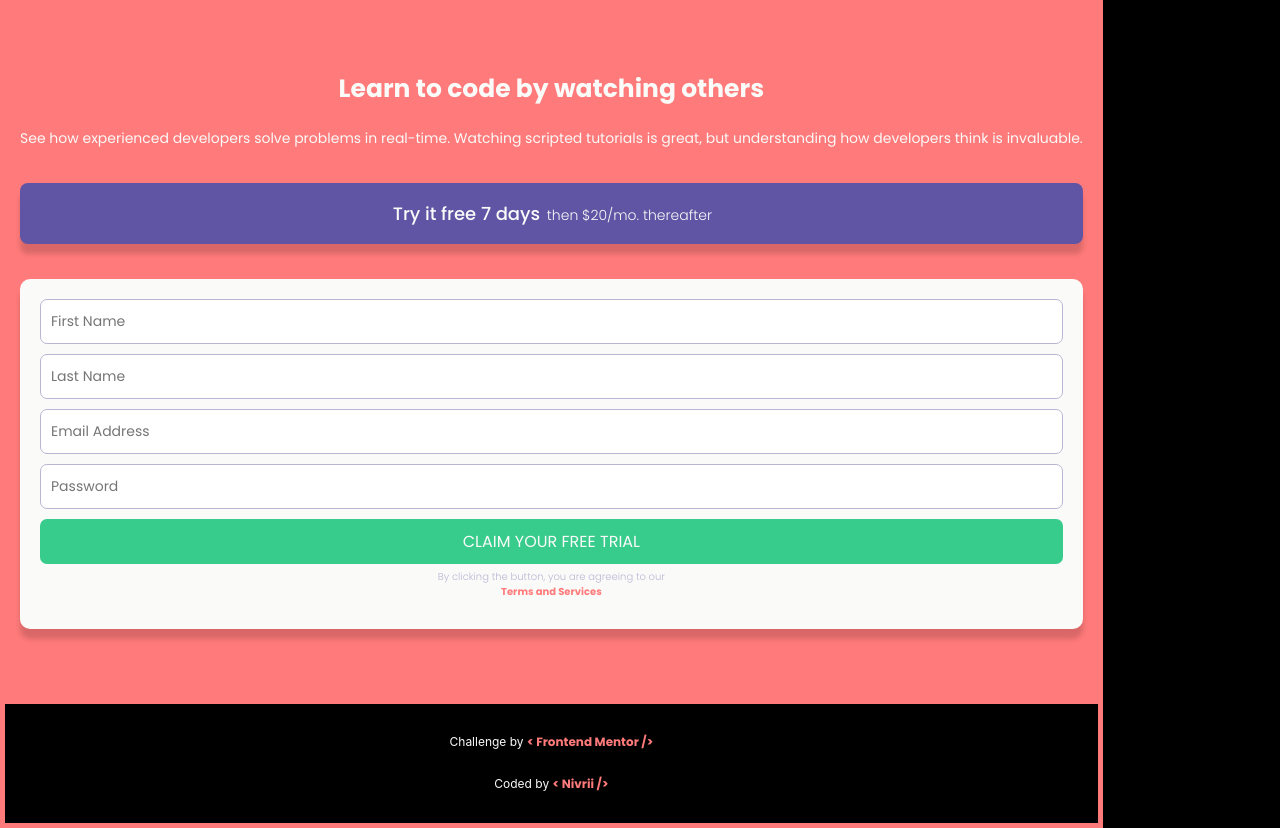
Repository: nivrii/intro-component-with-signup
Page: /
An editor plug-in stored every save of this project. The page is shown before and after the next save, followed by the edit.
The browser window is 1280 px wide. The pictures show the whole page.
The project was rebuilt for these pictures with package versions that can differ from the ones it lists, and the page was loaded fresh each time. Also part of the build but not shown: vite.config.js.

Above is the page before, as saved 2023-10-14 17:43:08.

### src/App.jsx
import { Success } from './Container/Success';
import  Container  from './Container/Container';
import { Footer } from './Footer/Footer';

import "./App.css";

function App() {

  return (
    <div className='UI'>
      <Container     />
      <Success     />
      <Footer    />
    </div>
  );
}

export default App;

### src/Container/Success.jsx
export function Success() {
  return <div className="close success">

        <h4>Thank you for signing up!</h4>
        <p>

        </p>
      </div>;
}

### src/Container/Container.jsx
import { Form } from './Form/Form';
import { Card } from './Card/Card';
import { Content } from './Content/Content';
 const Container = () => {
  const userArray = []
  return <div className="container">
        <Content />
        <Card />
        <Form userArray={userArray}/>
      </div>;
}
export default Container

### src/Footer/Footer.jsx
import "./Footer.css";
export function Footer() {
  const frontend = '< Frontend Mentor />';
  const coder = "< Nivrii />";
  return (
    <footer>
      <p className="attribution">
        Challenge by{" "}
        <a
          href="https://www.frontendmentor.io?ref=challenge"
          target="_blank"
          rel="noreferrer"
        >
          {frontend}
        </a>
        </p>
        <p className="attribution">
         Coded by{" "}
        <a href="https://github.com/nivrii/intro-component-with-signup">
          {coder}
        </a>
      </p>
    </footer>
  );
}

### src/App.css
* {
  box-sizing: border-box;
  border: 0;
  padding: 0;
}
:root {
  /*Primary colors*/
  --red: hsl(0, 100%, 74%);
  --green: hsl(154, 59%, 51%);
  /*Accent colors*/
  --blue: hsl(248, 32%, 49%);
  --white: #fafaf9;
  /*Neutral colors*/
  --dark-blue: hsl(249, 10%, 26%);
  --grayish-blue: hsl(246, 25%, 77%);
  /*typography*/
  --fSize: 14px;
  --w4: 400;
  --w5: 500;
  --w6: 600;
  --w7: 700;
}
@font-face {
  font-family: "Poppins-bold";
  src: url(./assets/Fonts/poppins/Poppins-Bold.otf) format("opentype");
}
@font-face {
  font-family: "Poppins-regular";
  src: url(./assets/Fonts/poppins/Poppins-Regular.otf) format("opentype");
}
@font-face {
  font-family: "Poppins-medium";
  src: url(./assets/Fonts/poppins/Poppins-Medium.otf) format("opentype");
}
@font-face {
  font-family: "Poppins-light";
  src: url(./assets/Fonts/poppins/Poppins-Light.otf) format("opentype");
}
body {
  background-color: #000;
}
.UI {
  display: flex;
  flex-direction: column;
}
.container {
  display: flex;
  flex-direction: column;
  align-items: center;
  justify-content: center;
  width: 100%;
  background-color: var(--red);
  padding: 50px 20px 70px;
  margin: 0;
}
.close {
  display: none;
}
.success{
  height: 78vh;
  width: 100%;
  max-height: 80vh;
  border: 1px solid var(--red);
}

### src/Container/Form/Form.jsx
/* eslint-disable react/prop-types */
import "./Form.css";
import { useState } from "react";
import errorIcon from "../../../public/images/icon-error.svg";

export function Form({userArray}) {
  const [fName, setFName] = useState("");
  const [lName, setLName] = useState("");
  const [email, setEmail] = useState("");
  const [password, setPassword] = useState("");

  const [fNameEmpty, setFNameEmpty] = useState(false);
  const [lNameEmpty, setLNameEmpty] = useState(false);
  const [emailEmpty, setEmailEmpty] = useState(false);
  const [passEmpty, setPassEmpty] = useState(false);

  const handleFirstName = (e) => {
    e.preventDefault();
    let value = e.target.value;
    value === "" ? setFNameEmpty(true) : setFNameEmpty(false);
    setFName(value);
  };
  const handleLastName = (e) => {
    e.preventDefault();
    let value = e.target.value;
    value === "" ? setLNameEmpty(true) : setLNameEmpty(false);
    setLName(value);
  };
  const handleEmail = (e) => {
    e.preventDefault();
    let value = e.target.value;
    value === "" ? setEmailEmpty(true) : setEmailEmpty(false);
    setEmail(value);
  };
  const handlePassword = (e) => {
    e.preventDefault();
    let value = e.target.value;
    value === "" ? setPassEmpty(true) : setPassEmpty(false);

    setPassword(value);
  };
  const handleSubmit = (e) => {
    e.preventDefault();
    if (fName === "") {
      setFNameEmpty(true);
      document.querySelector(".fName-input").classList.add("input-error");
      return;
    }
    if (lName === "") {
      setLNameEmpty(true);
      document.querySelector(".lName-input").classList.add("input-error");
      return;
    }
    if (email === "") {
      setEmailEmpty(true);
      document.querySelector(".email-input").classList.add("input-error");
      return;
    }
    if (password === "") {
      setPassEmpty(true);
      document.querySelector(".password-input").classList.add("input-error");
      return;
    } else {
      setFName("");
      setEmail("");
      setLName("");
      setPassword("");
      document.querySelector(".container").classList.add("close");
      document.querySelector(".success").classList.remove("close");
    }
    //console.log(fName, lName, email, password);
    userArray.push(
      {
        fName: fName,
        lName: lName,
        email: email,
      }
    )
    console.log(userArray)
  };

  return (
    <form action="submit" className="form" onSubmit={(e) => e.preventDefault()}>
      <div className="input-enclose">
        {fNameEmpty && (
          <img src={errorIcon} alt="error-icon" className="error-icon" />
        )}
        <input
          type="text"
          placeholder="First Name"
          value={fName}
          className="input fName-input"
          onChange={(e) => handleFirstName(e)}
          onKeyDown={() =>
            document
              .querySelector(".fName-input")
              .classList.remove("input-error")
          }
        />
        <div className="err-enclose">
          {fNameEmpty && (
            <div className=" err err-fName">First Name Cannot Be Empty</div>
          )}
        </div>
      </div>

      <div className="input-enclose">
        {lNameEmpty && (
          <img src={errorIcon} alt="error-icon" className="error-icon" />
        )}
        <input
          type="text"
          placeholder="Last Name"
          value={lName}
          className="input lName-input"
          onChange={(e) => handleLastName(e)}
          onKeyDown={() =>
            document
              .querySelector(".lName-input")
              .classList.remove("input-error")
          }
        />
        <div className="err-enclose">
          {lNameEmpty && (
            <div className=" err err-lName">Last Name Cannot Be Empty</div>
          )}
        </div>
      </div>

      <div className="input-enclose">
        {emailEmpty && (
          <img src={errorIcon} alt="error-icon" className="error-icon" />
        )}
        <input
          type="email"
          placeholder="Email Address"
          value={email}
          className="input email-input"
          onChange={(e) => handleEmail(e)}
          onKeyDown={() =>
            document
              .querySelector(".email-input")
              .classList.remove("input-error")
          }
        />
        <div className="err-enclose">
          {emailEmpty && (
            <div className="err err-email">Email Cannot Be Empty</div>
          )}
          <div className=" err miss-email">
            That does not look like an email
          </div>
        </div>
      </div>

      <div className="input-enclose">
        {passEmpty && (
          <img src={errorIcon} alt="error-icon" className="error-icon" />
        )}
        <input
          type="password"
          placeholder="Password"
          value={password}
          className="input password-input"
          onChange={(e) => handlePassword(e)}
          onKeyDown={() =>
            document
              .querySelector(".password-input")
              .classList.remove("input-error")
          }
        />
        <div className="err-enclose">
          {passEmpty && (
            <div className="  err err-password">Password Cannot Be Empty</div>
          )}
        </div>
      </div>

      <button type="submit" className="btn" onClick={(e) => handleSubmit(e)}>
        Claim your free trial
      </button>
      <div className="pWrap">
        <p>By clicking the button, you are agreeing to our</p>
        <p>Terms and Services</p>
      </div>
    </form>
  );
}

### src/Container/Card/Card.jsx
import "./Card.css";
export function Card() {
  return (
      <div className="card__content">
        <p><span>Try it free 7 days </span>
        then $20/mo. thereafter</p>
      </div>
  );
}

### src/Container/Content/Content.jsx
import "./Content.css";
export function Content() {
  return (
    <div className="content">
      <h4>Learn to code by watching others</h4>
      <p>
        See how experienced developers solve problems in real-time. Watching
        scripted tutorials is great, but understanding how developers think is
        invaluable.
      </p>
    </div>
  );
}

### src/Footer/Footer.css
@import url(../App.css);

footer {
  display: flex;
  flex-direction: column;
  align-items: center;
  justify-content: center;
  width: 100%;
  height: 18vh;
  background-color: #000;
  padding: 5px;
  border: 5px solid var(--red);
  & .attribution {
    color: var(--white);
    font-family: "Poppins-light" sans-serif;
    font-size: 12px;
    & a {
      color: var(--red);
      font-family: "Poppins-bold", sans-serif;
      text-decoration: none;
      &:hover {
        color: var(--white);
        text-decoration: line-through;
      }
    }
  }
}

### src/Container/Form/Form.css
@import url(../../App.css);

.form {
  display: flex;
  flex-direction: column;
  background-color: var(--white);
  width: 100%;
  margin-top: 15px;
  padding: 20px;
  gap: 10px;
  border-radius: 10px;
  box-shadow: 0 10px 5px rgba(0, 0, 0, 0.15);
  & .input,
  .btn {
    height: 45px;
    width: 100%;
    border-radius: 7px;
    font-family: "Poppins-regular", sans-serif;
    -webkit-transition: 0.5s;
    transition: 0.5s;
  }
  & .input-error {
    border: 1px solid var(--red) !important;
    color: var(--red) !important;
    outline: none;
    &:focus {
      border: 2px solid var(--red) !important;
    }
    &::placeholder {
      color: var(--red);
    }
  }
  & .input-enclose {
    display: flex;
    flex-direction: column;
    .input {
      border: 1px solid var(--grayish-blue);
      padding-left: 10px;
      font-size: var(--fSize);
    }
    & .err-enclose {
      display: flex;
      justify-content: flex-end;
      align-items: center;
      & .err {
        display: block;
        color: var(--red);
        border-radius: 7px;
        height: 15px;
        width: auto;
        margin-left: calc(100% - width);
        padding: 5px;
        font-size: 10px;
        font-family: "Poppins-light", sans-serif;
      }
      & .miss-email {
        display: none;
      }
    }
    & .error-icon {
      position: absolute;
      padding: 2px;
      right: 50px;
      width: 25px;
      height: 25px;
      margin-top: 10px;
      margin-right: 10px;
    }
  }
  & .btn {
    background-color: var(--green);
    color: var(--white);
    text-transform: uppercase;
    transition-duration: 0.3s;
    transition-timing-function: ease;
    &:hover {
      transform: scale(1.05);
    }
  }
  & .pWrap {
    padding: 10px;
    text-align: center;
    margin-top: -15px;
    & * {
      margin: 0;
      font-size: 10px;
    }
    & p:nth-child(1) {
      font-family: "Poppins-light", sans-serif;
      color: var(--grayish-blue);
    }
    & p:nth-child(2) {
      font-family: "Poppins-bold", sans-serif;
      color: var(--red);
    }
  }
}

### src/Container/Card/Card.css
@import url(../../App.css);

.card__content{
    width: 100%;
    background-color: var(--blue);
    border-radius: 8px;
    padding: 15px 40px;
    margin: 20px 0;
    box-shadow: 0 10px 5px rgba(0, 0, 0, 0.15);
    & *{
        color: var(--white);
        text-align: center;
        margin: 2px;
    }& span{
        font-size: 18px;
        font-family: 'Poppins-medium', sans-serif;
    }
    & p{
        font-family: 'Poppins-light', sans-serif;
        font-size: var(--fSize);

    }
}

### src/Container/Content/Content.css
@import url(../../App.css);

.content {
  & * {
    color: var(--white);
    text-align: center;
  }
  & h4 {
    font-size: 25px;
    margin: 20px;
    font-family: 'Poppins-bold', sans-serif;
  }
  & p {
    font-size: var(--fSize);
    font-family: 'Poppins-regular', sans-serif;
  }
}

Loaded but not shown: index.html (common file); src/main.jsx (common file); src/index.css (common file)

After the next save:
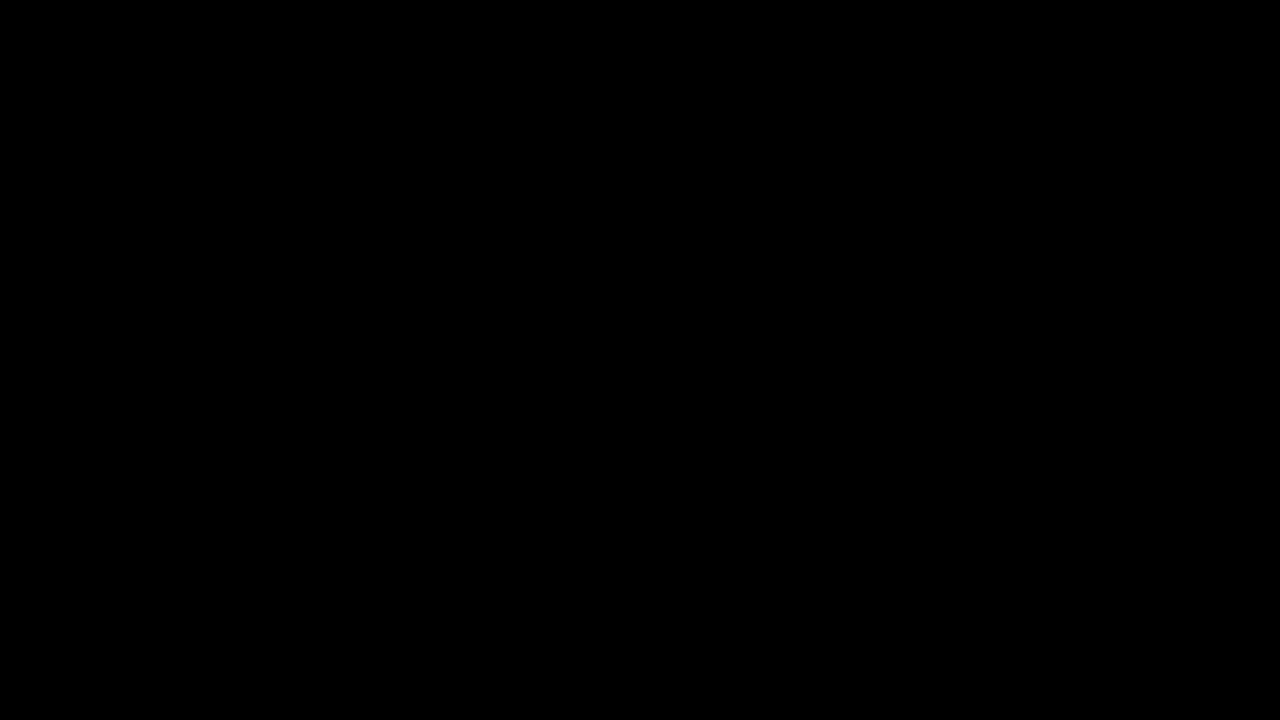
Console error: ReferenceError: React is not defined
Saved 7 min 49 s later.
--- a/src/Container/Container.jsx
+++ b/src/Container/Container.jsx
@@ -1,12 +1,22 @@
-import { Form } from './Form/Form';
-import { Card } from './Card/Card';
-import { Content } from './Content/Content';
- const Container = () => {
-  const userArray = []
-  return <div className="container">
-        <Content />
-        <Card />
-        <Form userArray={userArray}/>
-      </div>;
-}
-export default Container
+import { Form } from "./Form/Form";
+import { Card } from "./Card/Card";
+import { Content } from "./Content/Content";
+import { Success } from "./Success";
+
+const MyContext = React.createContext();
+const Container = () => {
+  const userArray = [];
+  return(
+  <>
+  <div className="container">
+    <Content />
+    <Card />
+    <Form userArray={userArray} />
+  </div>;
+  <MyContext.Provider value={userArray}>
+    <Success />
+    </MyContext.Provider>;
+  </>
+  )
+};
+export default Container;

After the save that followed:
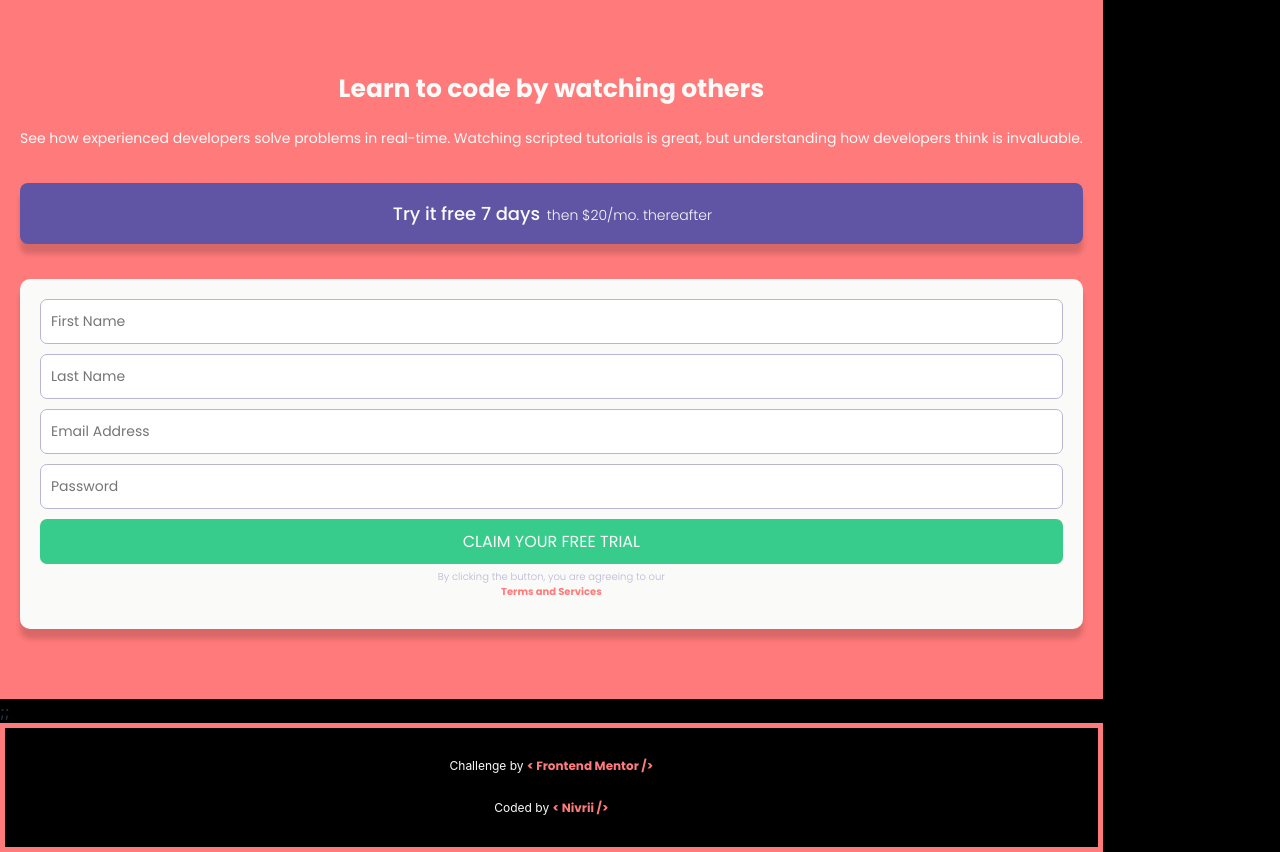
The error is gone.
Saved 16 s later.
--- a/src/Container/Container.jsx
+++ b/src/Container/Container.jsx
@@ -2,6 +2,7 @@
 import { Card } from "./Card/Card";
 import { Content } from "./Content/Content";
 import { Success } from "./Success";
+import React from "react";
 
 const MyContext = React.createContext();
 const Container = () => {
